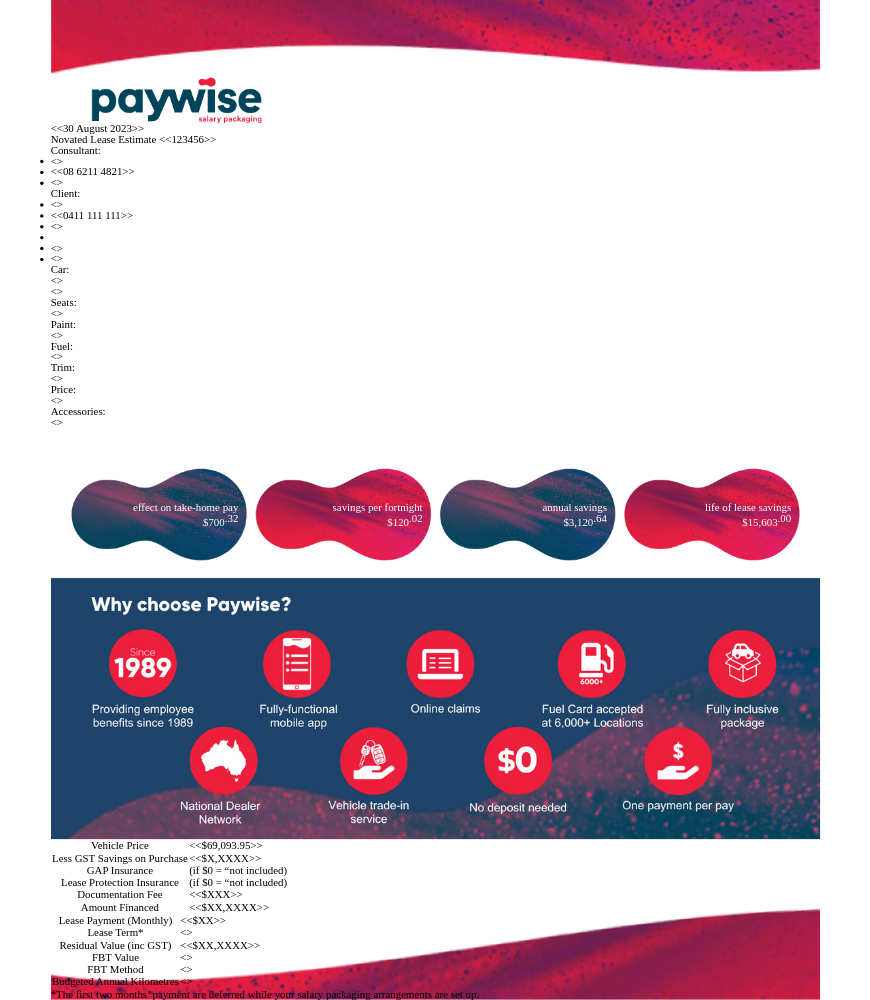
Repository: hoangtubest/novated-phong
Page: 1.html
The author's editor kept a copy of each file at every save. The page is drawn from the files as they stood at one save, then again after the next save.
The browser window is 1280 px wide. The pictures show the whole page, at 68% of full size.
The style sheet was rebuilt from its Sass, Less or Tailwind sources for each picture, by a compiler version that may differ from the author's.

Above is the page before, as saved 2023-10-18 13:27:16.

After the next save:
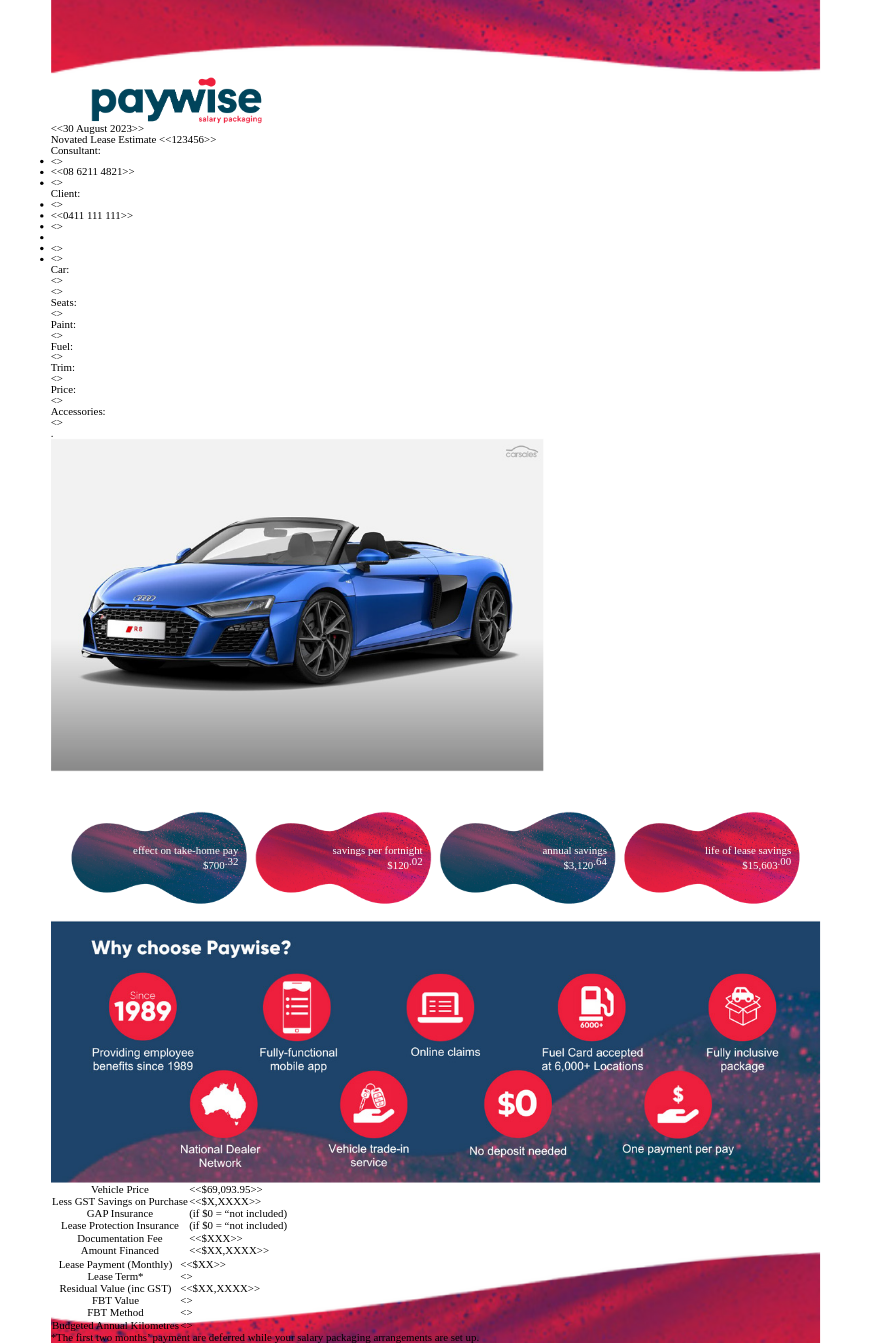
Saved 46 s later.
--- a/1.html
+++ b/1.html
@@ -102,7 +102,7 @@
               <<Description>>
             </dd>
           </dl>
-        </div>
+        </div> .<div class="pw-1-estimate__car"><img src="./images/car.png" alt=""></div>
       </div>
       <div class="pw-1-feature">
         <div class="pw-1-feature__row">
